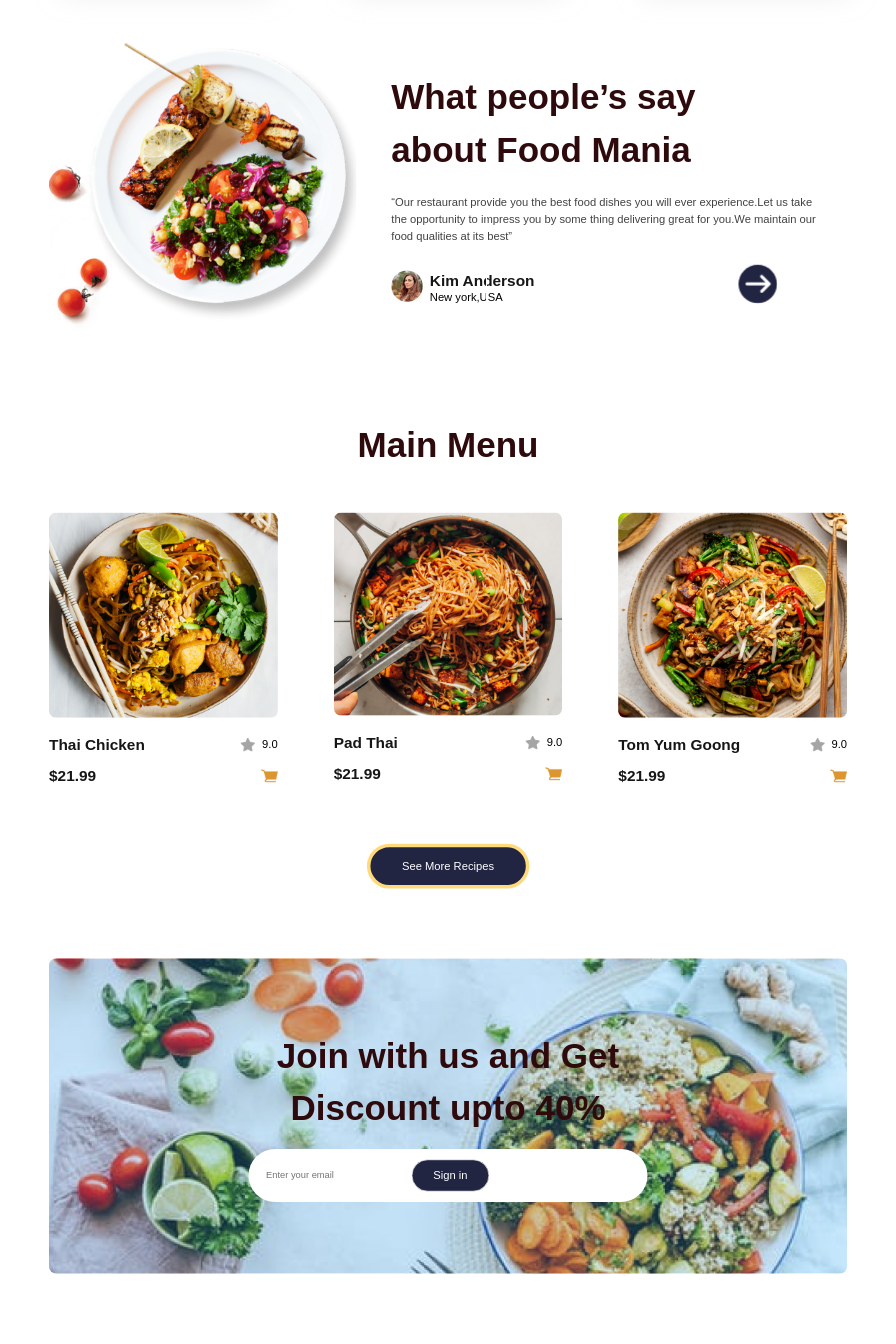
Repository: hoang0508/Figmafood
Page: index.html
These files come from the project's save history. The page is drawn as it stood at one moment and after the next save; the edit follows.
The browser window is 1280 px wide. The pictures show the part of the page from y = 1925 to 3845 px (the page is 3845 px tall), at 70% of full size.
Backgrounds fixed to the window are drawn as part of the page. Some web libraries are served in a nearby version. The style sheet was rebuilt from its Sass, Less or Tailwind sources for each picture, by a compiler version that may differ from the author's.

Above is the page before, as saved 2021-11-08 15:42:02.

After the next save:
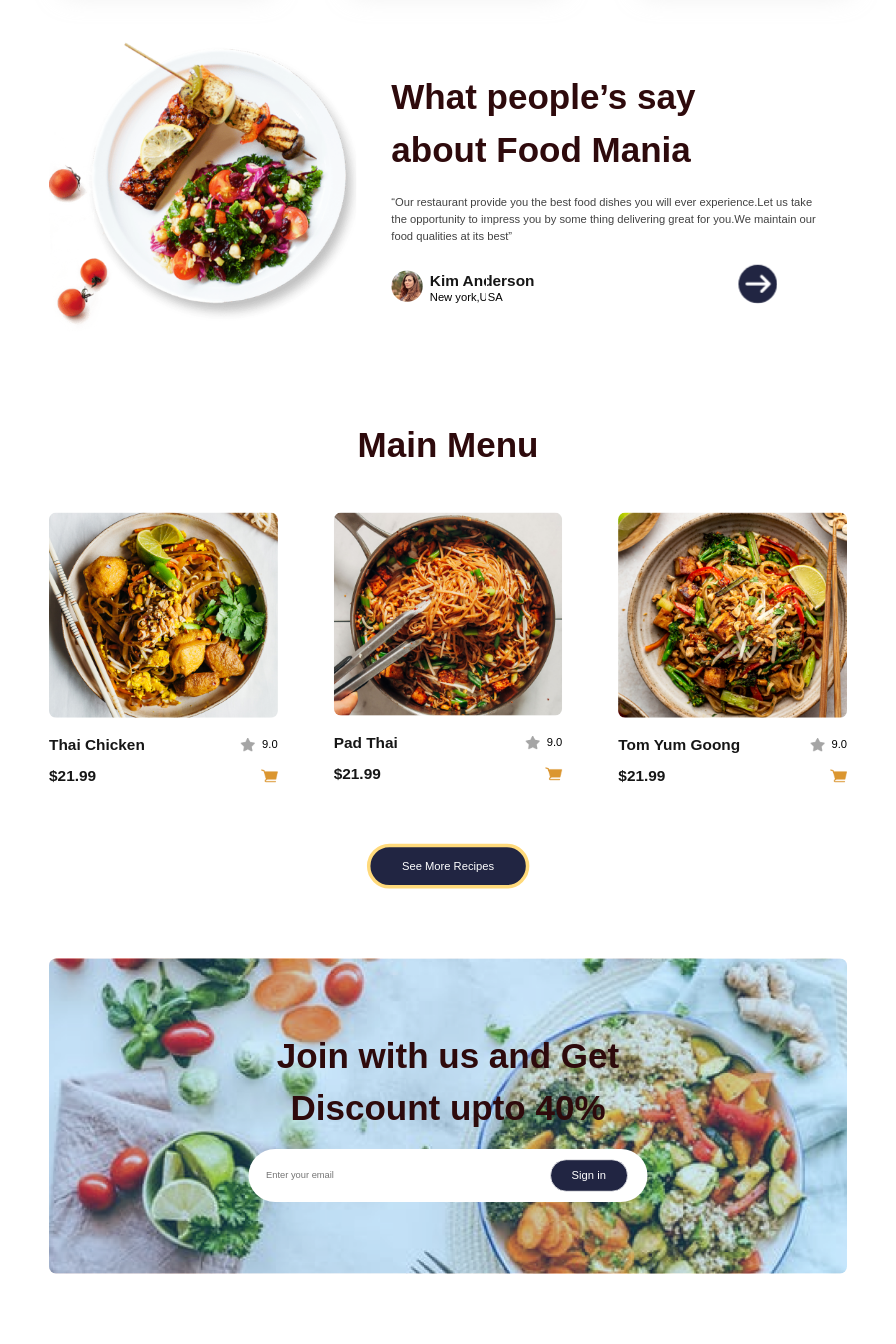
Saved 31 s later.
--- a/sass/_contact.scss
+++ b/sass/_contact.scss
@@ -40,6 +40,6 @@
   }
   &-input {
     border: 0;
-    width: 40%;
+    width: 78%;
   }
 }
